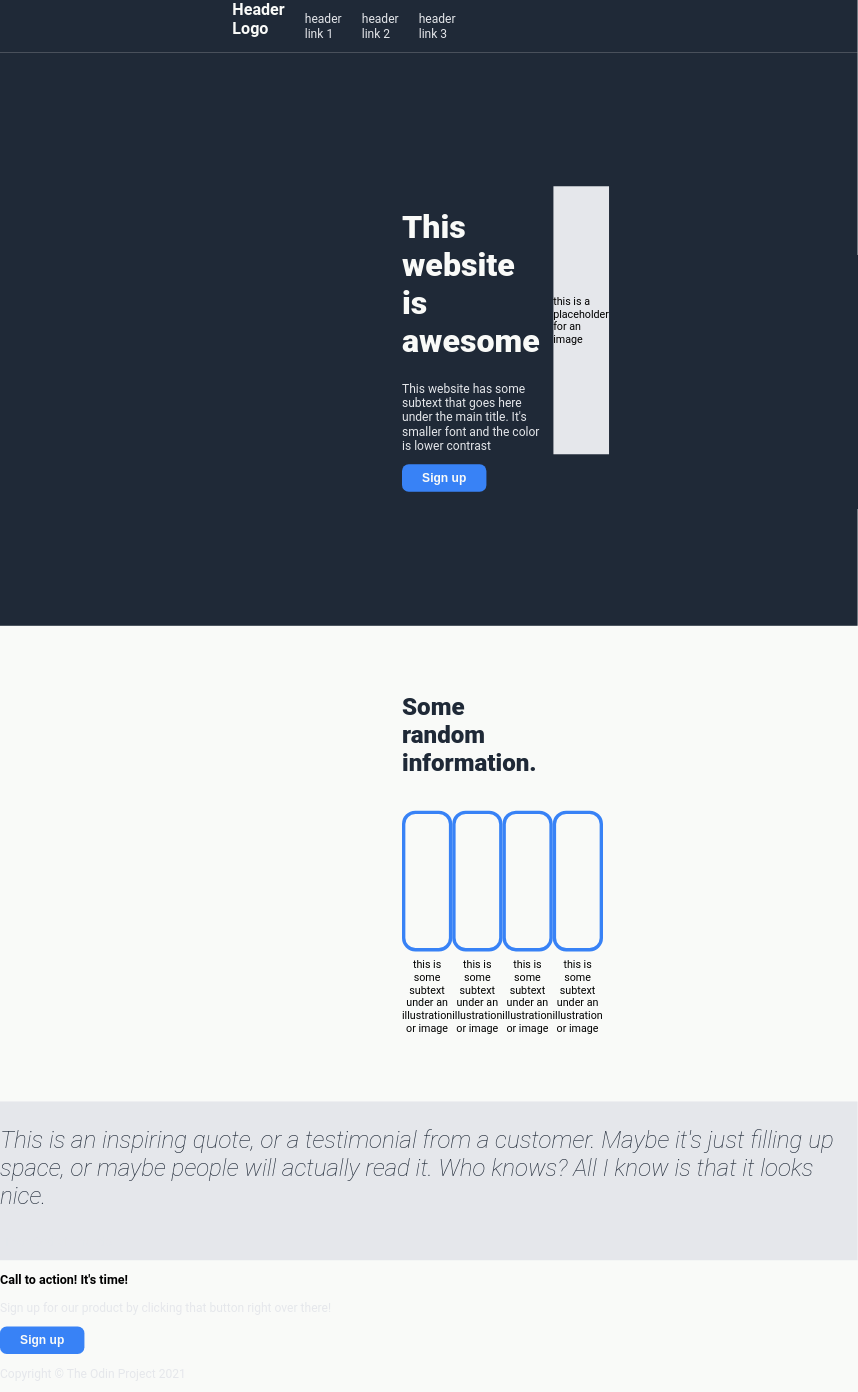
Repository: rsoetydev/landing-page
Page: index.html
The author's editor kept a copy of each file at every save. The page is drawn from the files as they stood at one save, then again after the next save.
The browser window is 1280 px wide. The pictures show the whole page, at 67% of full size.

Above is the page before, as saved 2023-11-28 10:30:18.

### index.html
<!DOCTYPE html>
<html lang="en">
<head>
    <meta charset="UTF-8">
    <meta name="viewport" content="width=device-width, initial-scale=1.0">
    <title>Landing Page</title>
    <link rel="stylesheet" href="style.css">
</head>
<body>
    <div class="header">
        <h2 class="header-logo">Header Logo</h2>
        <p class="link-1">header link 1 </p>
        <p class="link-2">header link 2</p>
        <p class="link-3"> header link 3</p>
    </div>

    <div class="hero">
        <div class="hero-text">
            <h1 class="hero-title">This website is awesome</h1>
            <p class="hero-subtext">This website has some subtext that goes here under the main title. It's smaller font and the color is lower contrast</p>
            <button class="sign-up">Sign up</button>
        </div>
        <div class="hero-image-cont">
            this is a placeholder for an image
        </div>
    </div>

    <div class="info">
        <h2 class="info-title">Some random information.</h2>
        <div class="item-cont">
            <div class="item">
                <div class="item-pic"></div>
                <div class="item-text">this is some subtext under an illustration or image</div>
            </div>
            <div class="item">
                <div class="item-pic"></div>
                <div class="item-text">this is some subtext under an illustration or image</div>
            </div>
            <div class="item">
                <div class="item-pic"></div>
                <div class="item-text">this is some subtext under an illustration or image</div>
            </div>
            <div class="item">
                <div class="item-pic"></div>
                <div class="item-text">this is some subtext under an illustration or image</div>
            </div>
        </div>
    </div>

    <div class="quote">
        <p class="quote-text">
            This is an inspiring quote, or a testimonial from a customer. Maybe it's just filling up space, or maybe people will actually read it. Who knows? All I know is that it looks nice.
        </p>
        <p class="quote-author">-Thor, God of Thunder</p>
    </div>

    <div class="c2a">
        <div class="c2a-sub">
            <div class="c2a-text-container">
                <h3>Call to action! It's time!</h3>
                <p class="c2a-text">Sign up for our product by clicking that button right over there!</p>
            </div>
            <button class="c2a-sign-up">Sign up</button>
        </div>
    </div>

    <div class="footer">
        <p class="copyright">Copyright © The Odin Project 2021</p>
    </div>

</body>
</html>

### style.css


:root {
    --dark: #1F2937;
    --gray: #E5E7EB;
    --white: #F9FAF8;
    --blue: #3882F6;

    font-family: 'Roboto', arial;
}

body{
    background-color:var(--white);
    padding: 0;
    margin: 0;
    display: flex;
    flex-direction: column;
}

h1{
    font-size:48px;
    font-weight:900;
    color: var(--white);
}

p{
    color: var(--gray);
    font-size: 18px;
}

h2{
    color: var(--white);
    font-size: 24px;
    font: weight 600px;
    padding:0px;
    margin: 0px;
}

.info-title {
    font-size: 36px;
    color:var(--dark);
    font-weight: 900;
}

.quote-text {
    font-size: 36px;
    font-style: italic;
    font-weight: 200;
    color:var(--dark);
}

button{
    background-color: var(--blue);
    color:var(--white);
    font-size: 18px;
    font-weight: 600;
    padding: 10px 30px;
    border: none;
    border-radius: 10px;
}

.header{
    display:flex;
    background-color: var(--dark);
    justify-content: flex-end;
    gap:30px;
    padding: 0px 600px;
}

.header-logo{
    flex: 1;
}

.hero{
    display:flex;
    background-color: var(--dark);
    padding: 200px 600px;
    justify-content:space-between;
    gap: 20px;
}

.hero-image-cont{
    background-color:var(--gray);
    display:flex;
    justify-content: center;
    align-items: center;
    width: 800px;
    height: 400px;
}

.info-title{
    text-align: center;
    padding: 0 0 50px 0;
}

.info{
    display: flex;
    flex-direction: column;
    justify-content: center;
    padding: 100px 600px;
}

.item-cont{
    display:flex;
    justify-content: space-evenly;
}

.item{
    display:flex;
    flex-direction: column;
    width: 200px;
    gap: 10px;
}

.item-pic{
    height:200px;
    flex-grow: 1;
    border-style: solid;
    border-color: var(--blue);
    border-radius: 20px;
    border-width: 5px;
}

.item-text{
    text-align: center;
}

.quote{
    background-color: var(--gray);

.c2a{
    background-color: var(--blue);
}

.footer{
    background-color: var(--dark);
}

After the next save:
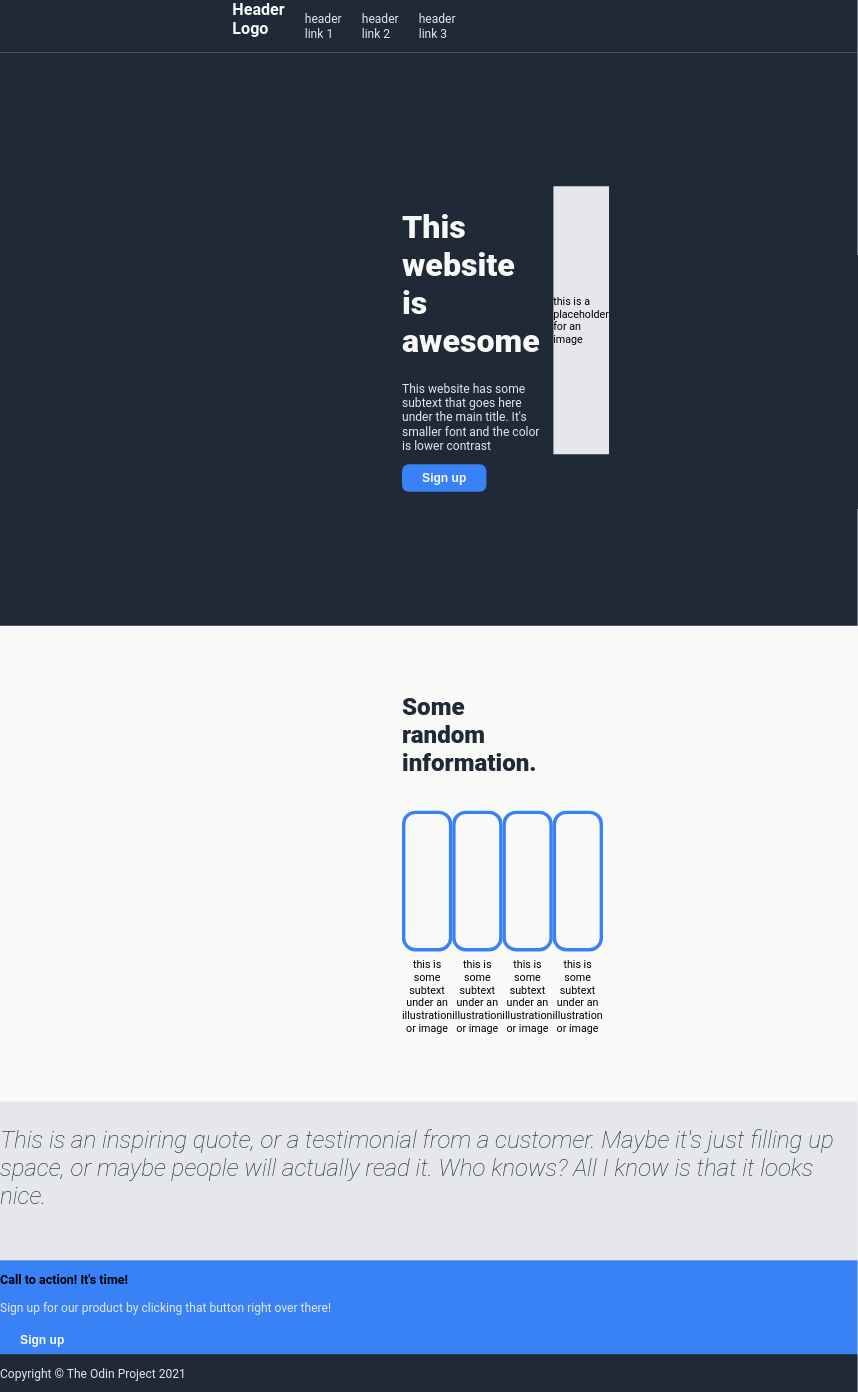
Saved 24 s later.
--- a/style.css
+++ b/style.css
@@ -127,6 +127,9 @@ button{
 
 .quote{
     background-color: var(--gray);
+    height 300px;
+
+}
 
 .c2a{
     background-color: var(--blue);
